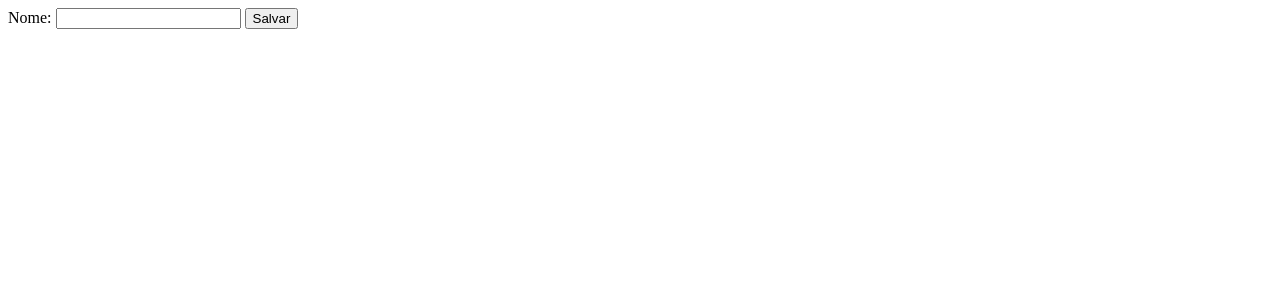
Repository: wwilsoncp/alura-java
Page: gerenciador/WebContent/formNovaEmpresa.html
These files come from the project's save history. The page is drawn as it stood at one moment and after the next save; the edit follows.
The browser window is 1280 px wide. The pictures show the whole page.

Above is the page before, as saved 2022-05-04 01:41:45.

### gerenciador/WebContent/formNovaEmpresa.html
<!DOCTYPE html>
<html>
<head>
<meta charset="ISO-8859-1">
<title>Insert title here</title>
</head>
<body>
	<form action="/gerenciador/novaEmpresa">
		Nome: <input type="text" name="nome" />
		<button type="submit">Salvar</button>
	</form>

</body>
</html>

After the next save:
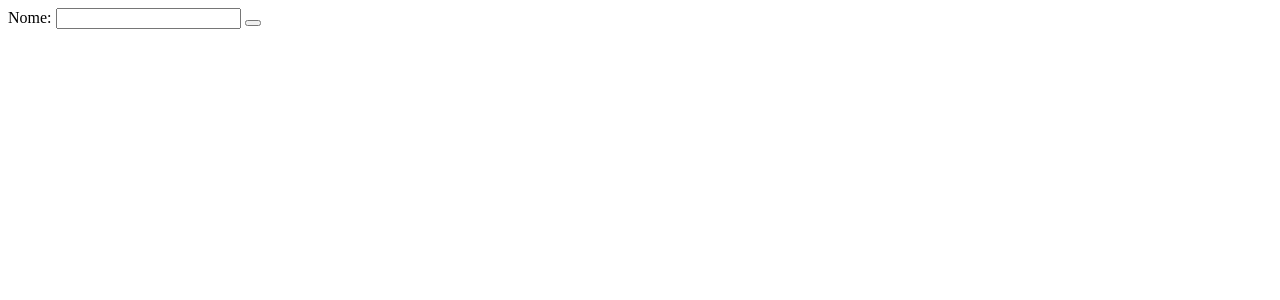
Saved 12 s later.
--- a/gerenciador/WebContent/formNovaEmpresa.html
+++ b/gerenciador/WebContent/formNovaEmpresa.html
@@ -7,7 +7,7 @@
 <body>
 	<form action="/gerenciador/novaEmpresa">
 		Nome: <input type="text" name="nome" />
-		<button type="submit">Salvar</button>
+		<button type="submit"/>
 	</form>
 
 </body>

After the save that followed:
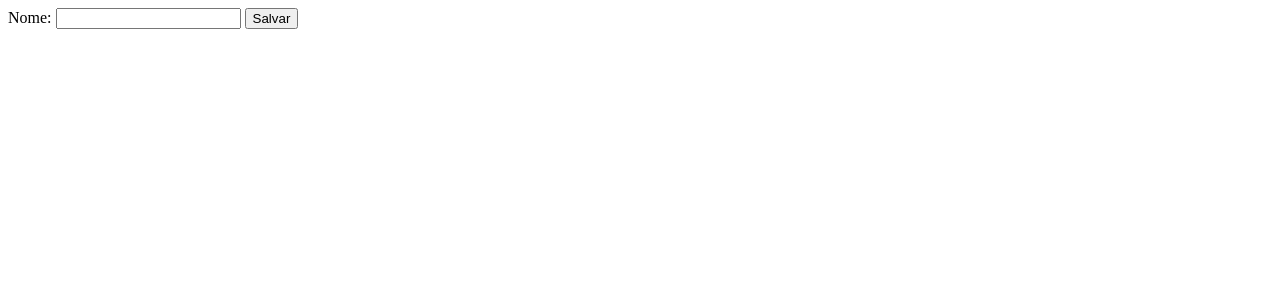
Saved 16 s later.
--- a/gerenciador/WebContent/formNovaEmpresa.html
+++ b/gerenciador/WebContent/formNovaEmpresa.html
@@ -7,7 +7,7 @@
 <body>
 	<form action="/gerenciador/novaEmpresa">
 		Nome: <input type="text" name="nome" />
-		<button type="submit"/>
+		<button type="submit"/>Salvar</button>
 	</form>
 
 </body>
